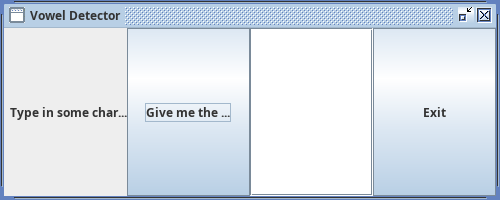
Repository: armandodollia/Java101
Program's window: java Lab5/src/isVowel.java
The author's editor kept a copy of each file at every save. The program's window is drawn from the files as they stood at one save, then again after the next save.
It runs on Java 21 on a 1366 x 768 screen with the Metal look.

Above is the program's window before, as saved 2014-10-01 17:57:08.

After the next save:
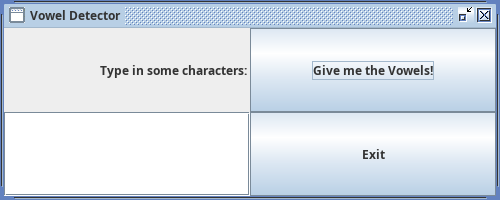
Saved 14 s later.
--- a/Lab5/src/isVowel.java
+++ b/Lab5/src/isVowel.java
@@ -18,7 +18,7 @@
 	public isVowel(){
 		setTitle("Vowel Detector");
 		Container pane = getContentPane();
-		pane.setLayout(new GridLayout(1, 2));
+		pane.setLayout(new GridLayout(2, 2));
 		character = new JLabel("Type in some characters: ", SwingConstants.RIGHT);
 		charInput = new JTextField(10);
 		finder = new JButton("Give me the Vowels!");
